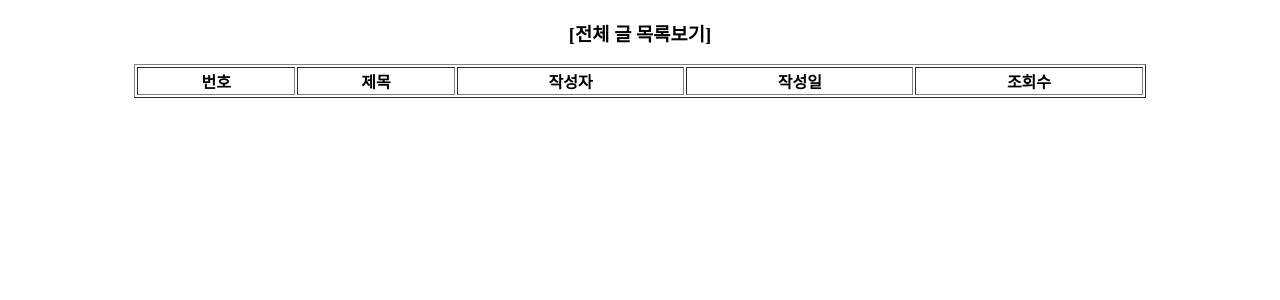
Repository: seonguk-choi/study_Web
Page: http://localhost/10.Member_Board/board/boardList.jsp
The author's editor kept a copy of each file at every save. The page is drawn from the files as they stood at one save, then again after the next save.
The browser window is 1280 px wide. The pictures show the whole page.
The page is served by Tomcat 9.

Above is the page before, as saved 2021-12-17 05:36:52.

After the next save:
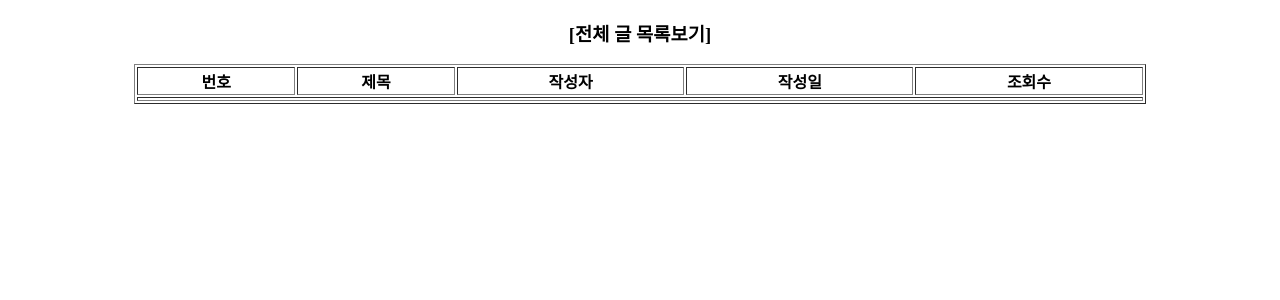
Saved 2 min 6 s later.
--- a/WorkSpace/10.Member_Board/WebContent/board/boardList.jsp
+++ b/WorkSpace/10.Member_Board/WebContent/board/boardList.jsp
@@ -21,6 +21,15 @@ String id = (String) session.getAttribute("id");
 		<th>작성일</th>
 		<th>조회수</th>
 	</tr>
+
+	<!-- 글 목록 표시 -->
+	<!-- 페이징 처리 -->
+	<!-- 조건검색  -->
+	<tr>
+		<td colspan="5" align="center">
+
+		</td>
+	</tr>
 </table>
 </div>
 </body>
